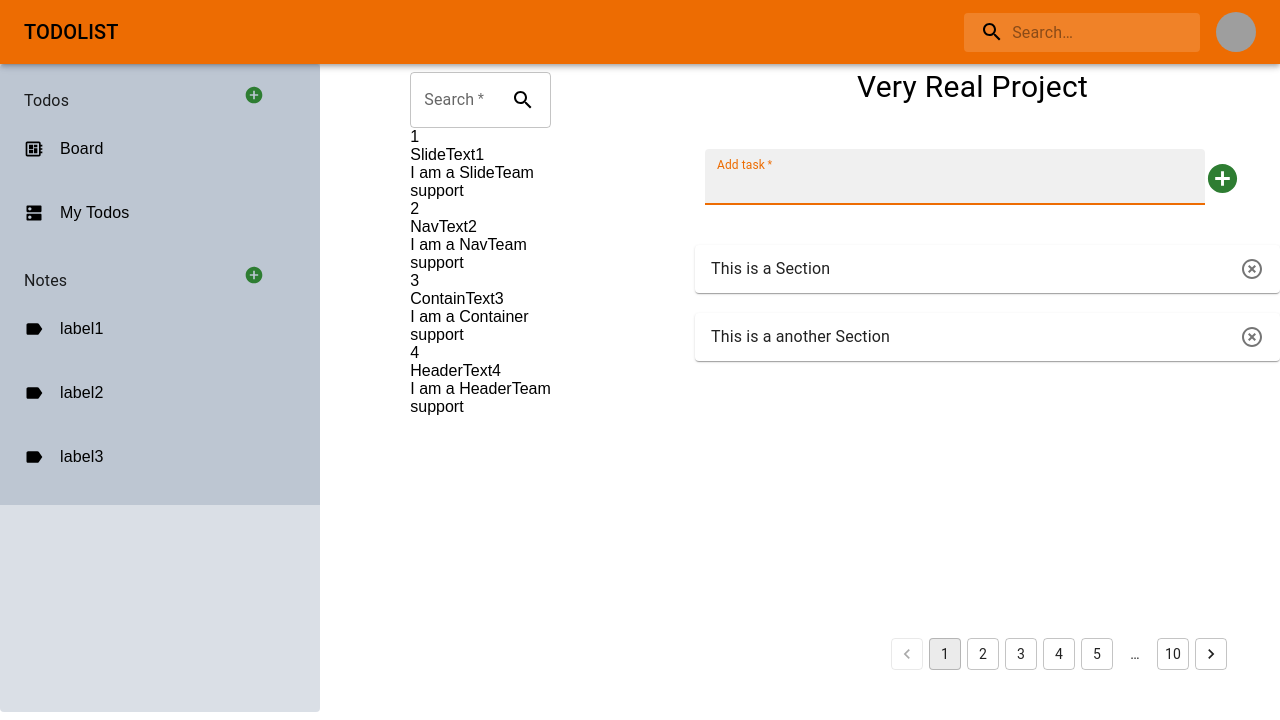
Repository: HrishrathTBS/Trackerbea
Page: /board (app in client/)
An editor plug-in stored every save of this project. The page is shown before and after the next save, followed by the edit.
The browser window is 1280 px wide. The pictures show the whole page.
Pictures or frames that could not be fetched are drawn as grey boxes. The project was rebuilt for these pictures with package versions that can differ from the ones it lists, and the page was loaded fresh each time. Also part of the build but not shown: client/src/components/TodoList.js, client/src/components/ListOfBar.js, client/src/components/MyTodos.js, client/src/pages/Label/Label1.js, client/src/pages/Label/Label2.js, client/src/pages/Label/Label3.js.

Above is the page before, as saved 2022-03-10 17:57:45.

After the next save:
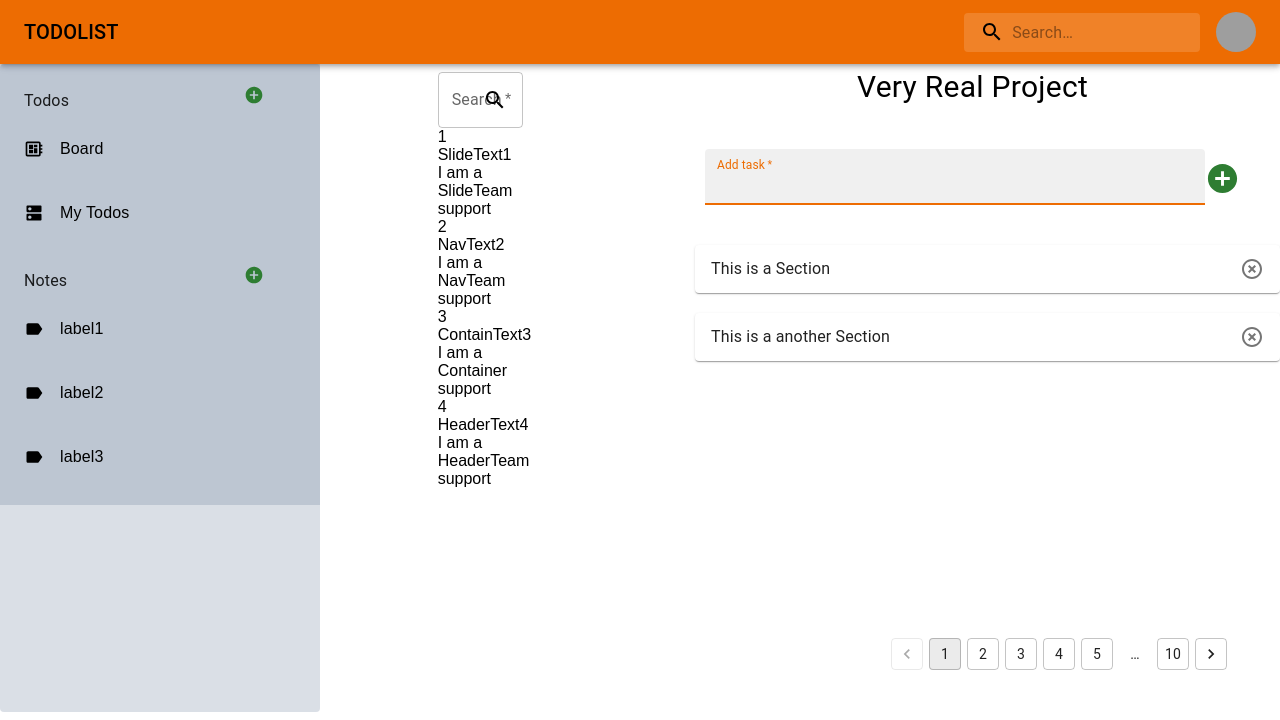
Saved 6 s later.
--- a/client/src/components/Filter.js
+++ b/client/src/components/Filter.js
@@ -21,7 +21,7 @@ const Filter = () => {
   return (
     <>
       <Grid container justifyContent='center' m={1}>
-        <Grid item xs={6}>
+        <Grid item xs={4}>
           <Box sx={{ display: 'flex', alignItems: 'center' }}>
             <TextField autoComplete='text' value={search} color='warning' variant='outlined' fullWidth id='search' label='Search' onChange={handleChange} autoFocus required />
             <SearchIcon sx={{ position: 'relative', right: '40px' }} />
